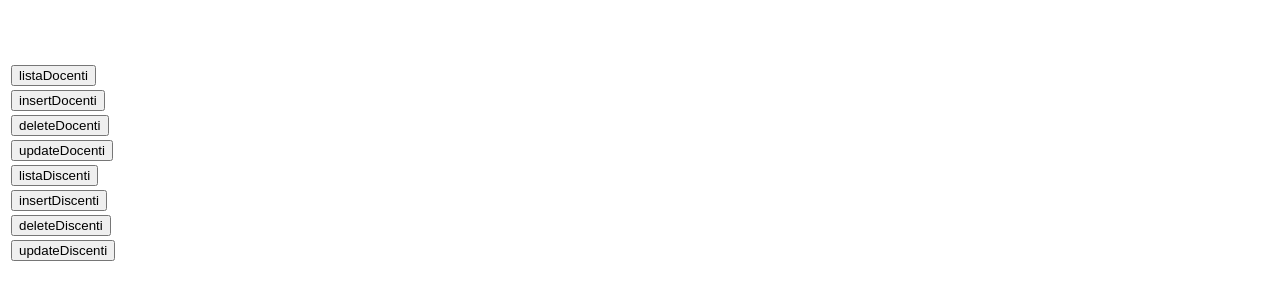
Repository: daneleprivitelli/progettoEJB
Page: http://localhost/ProjectJEE/CtrlMain
These files come from the project's save history. The page is drawn as it stood at one moment and after the next save; the edit follows.
The browser window is 1280 px wide. The pictures show the whole page.
The page is served by Tomcat 9. Other server files are loaded and not shown.

Above is the page before, as saved 2021-12-10 14:21:05.

### ProjectJEE/src/main/webapp/Main/Main.jsp
<%@ page language="java" contentType="text/html; charset=ISO-8859-1"
    pageEncoding="ISO-8859-1"%>
<!DOCTYPE html>
<html>
<head>
<meta charset="ISO-8859-1">
<title>Main menu</title>
</head>
<body>
<form method="post" action="/ProjectJEE/CtrlMain">
 <table>
 <tr>
  <td>
   <input type="submit" name="formOk" value="listaDocenti">
  </td>
 </tr>
 <tr>
  <td>
   <input type="submit" name="formOk" value="insertDocenti">
  </td>
 </tr>
 <br>
 <br>
 <br>
 <tr>
  <td>
   <input type="submit" name="formOk" value="deleteDocenti">
  </td>
 </tr>
 <tr>
  <td>
   <input type="submit" name="formOk" value="updateDocenti">
  </td>
 </tr>
  <tr>
  <td>
   <input type="submit" name="formOk" value="listaDiscenti">
  </td>
 </tr>
  <tr>
  <td>
   <input type="submit" name="formOk" value="insertDiscenti">
  </td>
 </tr>
  <tr>
  <td>
   <input type="submit" name="formOk" value="deleteDiscenti">
  </td>
 </tr>
 <tr>
  <td>
   <input type="submit" name="formOk" value="updateDiscenti">
  </td>
 </tr>
 </table>
</form>
</body>
</html>

### ProjectJEE/src/main/java/controller/CtrlMain.java
package controller;

import java.io.IOException;

import javax.servlet.RequestDispatcher;
import javax.servlet.ServletContext;
import javax.servlet.ServletException;
import javax.servlet.annotation.WebServlet;
import javax.servlet.http.HttpServlet;
import javax.servlet.http.HttpServletRequest;
import javax.servlet.http.HttpServletResponse;

@WebServlet({ "/CtrlMain", "/ProjectJEE"})
public class CtrlMain extends HttpServlet {
	private static final long serialVersionUID = 1L;

    public CtrlMain() {
        super();
    }

	protected void doGet(HttpServletRequest request, HttpServletResponse response) throws ServletException, IOException {
		visualizzaMenu(request, response);
	}

	private void visualizzaMenu(HttpServletRequest request, HttpServletResponse response) throws ServletException, IOException {
		ServletContext oContesto = getServletContext();
		RequestDispatcher oDispatcher = oContesto.getRequestDispatcher("/Main/Main.jsp");
		oDispatcher.forward(request, response);
	}

	protected void doPost(HttpServletRequest req, HttpServletResponse resp) throws ServletException, IOException {
		String controller = "";
		String valoreScelto = req.getParameter("formOk");
		if(valoreScelto != null)
		{
			String scelta = valoreScelto;
			switch(scelta) {
			case "ListaDocenti":
				controller = "/CtrlDocente";
				break;
//			case "insertDocente":
//				controller = "/CtrlDocente";
//				break;
//			case "deleteDocente":
//				controller = "/CtrlDocente";
//				break;
			case "updateDocente":
				controller = "/CtrlDocente";
				break;
//			case "ListaDiscenti":
//				controller = "/CtrlDiscente";
//				break;
//			case "insertDiscente":
//				controller = "/CtrlDiscente";
//				break;
//			case "deleteDiscente":
//				controller = "/CtrlDiscente";
//				break;
//			case "updateDiscente":
//				controller = "/CtrlDiscente";
//				break;
			default:
				visualizzaMenu(req, resp);
				break;
			}
			getServletContext().getRequestDispatcher(controller).forward(req, resp);
		}
		else {
			visualizzaMenu(req, resp);
		}
	}
}

After the next save:
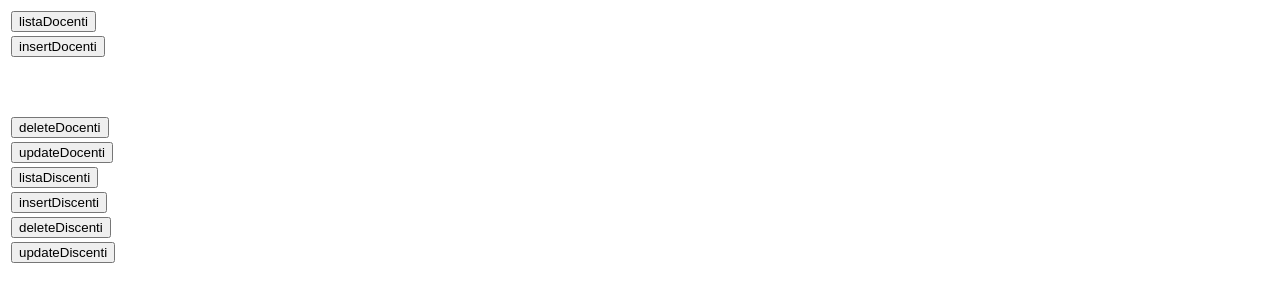
Saved 70 s later.
--- a/ProjectJEE/src/main/webapp/Main/Main.jsp
+++ b/ProjectJEE/src/main/webapp/Main/Main.jsp
@@ -19,9 +19,11 @@
    <input type="submit" name="formOk" value="insertDocenti">
   </td>
  </tr>
- <br>
- <br>
- <br>
+</table>
+<br>
+<br>
+<br>
+<table>
  <tr>
   <td>
    <input type="submit" name="formOk" value="deleteDocenti">
